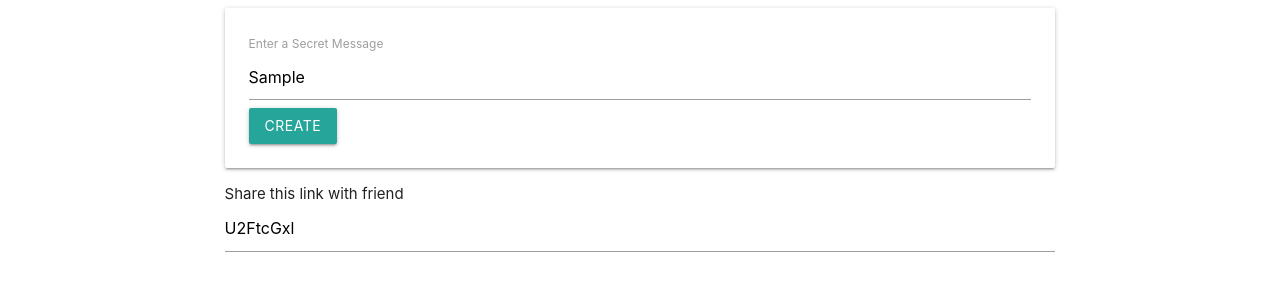
Repository: zhapar/JS-Bootcamp
Page: 4. Secret message/index.html
The author's editor kept a copy of each file at every save. The page is drawn from the files as they stood at one save, then again after the next save.
The browser window is 1280 px wide. The pictures show the whole page.
Empty fields were first filled with sample values (such as "Sample", 5 or name@example.com).
After loading, the first visible `form` was submitted once.

Above is the page before, as saved 2020-07-21 16:14:22.

### 4. Secret message/index.html
<!DOCTYPE html>
<html lang="en">
  <head>
    <meta charset="UTF-8" />
    <meta name="viewport" content="width=device-width, initial-scale=1.0" />

    <!-- Compiled and minified CSS -->
    <link
      rel="stylesheet"
      href="https://cdnjs.cloudflare.com/ajax/libs/materialize/1.0.0/css/materialize.min.css"
    />

    <title>Secret Message</title>
  </head>

  <body>
    <div class="row">
      <div class="col s8 offset-s2">
        <div class="card-panel">
          <form>
            <label for="message">Enter a Secret Message</label>
            <input type="text" id="message-input" />
            <button class="btn">Create</button>
          </form>
        </div>

        <div>
          Share this link with friend
          <input type="text" id="link-input" />
        </div>
      </div>
    </div>

    <script src="app.js"></script>
  </body>
</html>

### 4. Secret message/app.js
document.querySelector("form").addEventListener("submit", (e) => {
  e.preventDefault();

  const input = document.querySelector("#message-input");

  const encrypted = btoa(input.value);

  document.querySelector("#link-input").value = encrypted;
});

After the next save:
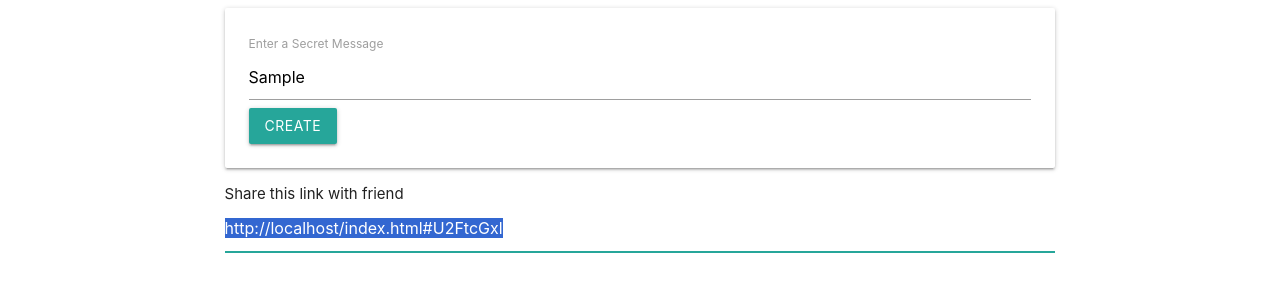
Saved 16 min 21 s later.
--- a/4. Secret message/app.js
+++ b/4. Secret message/app.js
@@ -5,5 +5,7 @@ document.querySelector("form").addEventListener("submit", (e) => {
 
   const encrypted = btoa(input.value);
 
-  document.querySelector("#link-input").value = encrypted;
+  const linkInput = document.querySelector("#link-input");
+  linkInput.value = `${window.location}#${encrypted}`;
+  linkInput.select();
 });
